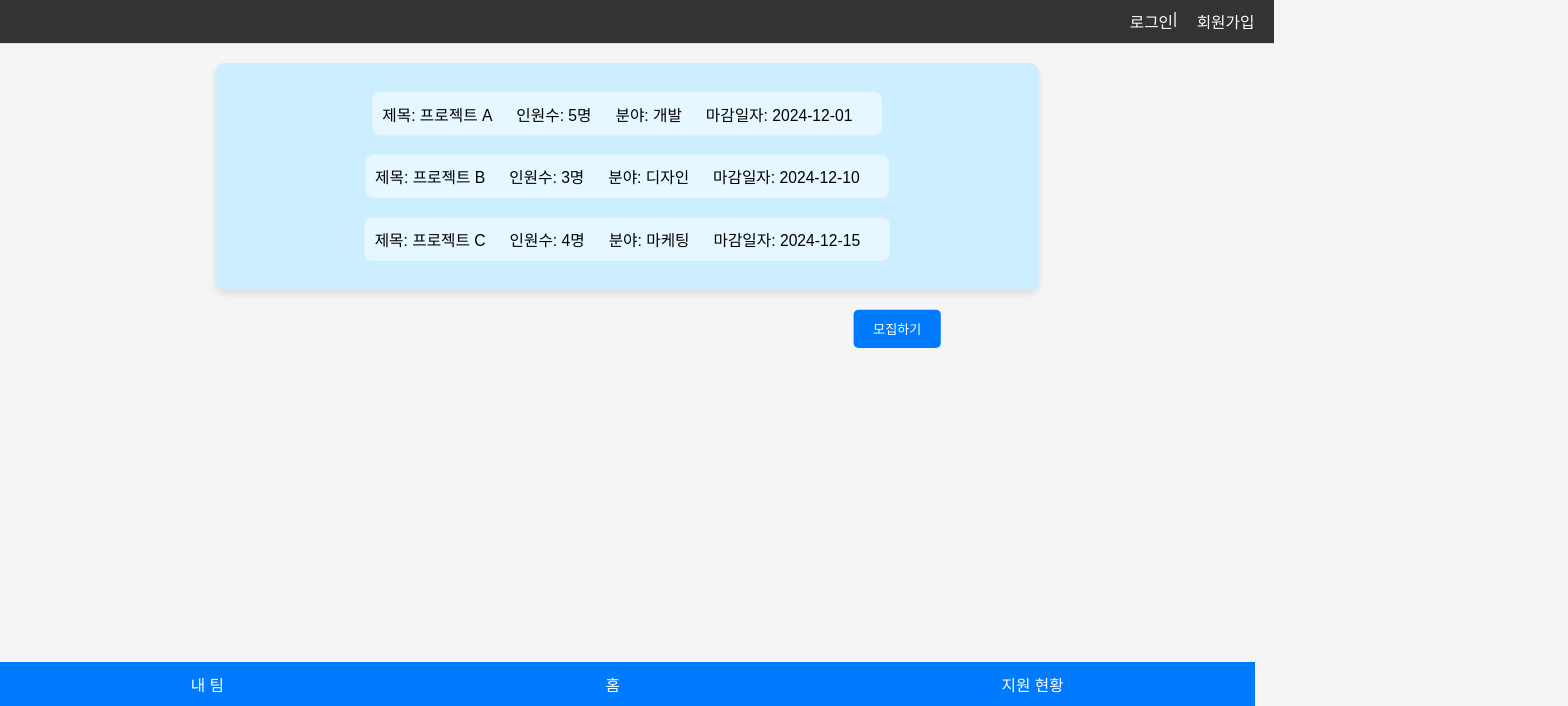
Repository: TUK-WEBSERIVCE/tuk-team-gem
Page: tuk-team-gem/src/main/webapp/main/mainPage.html
An editor plug-in stored every save of this project. The page is shown before and after the next save, followed by the edit.
The browser window is 1280 px wide. The page is 1600 px wide, so the pictures cover 1600 px, including what lies to the right of the window. The pictures show the whole page, at 98% of full size.

Above is the page before, as saved 2024-11-13 12:17:38.

After the next save:
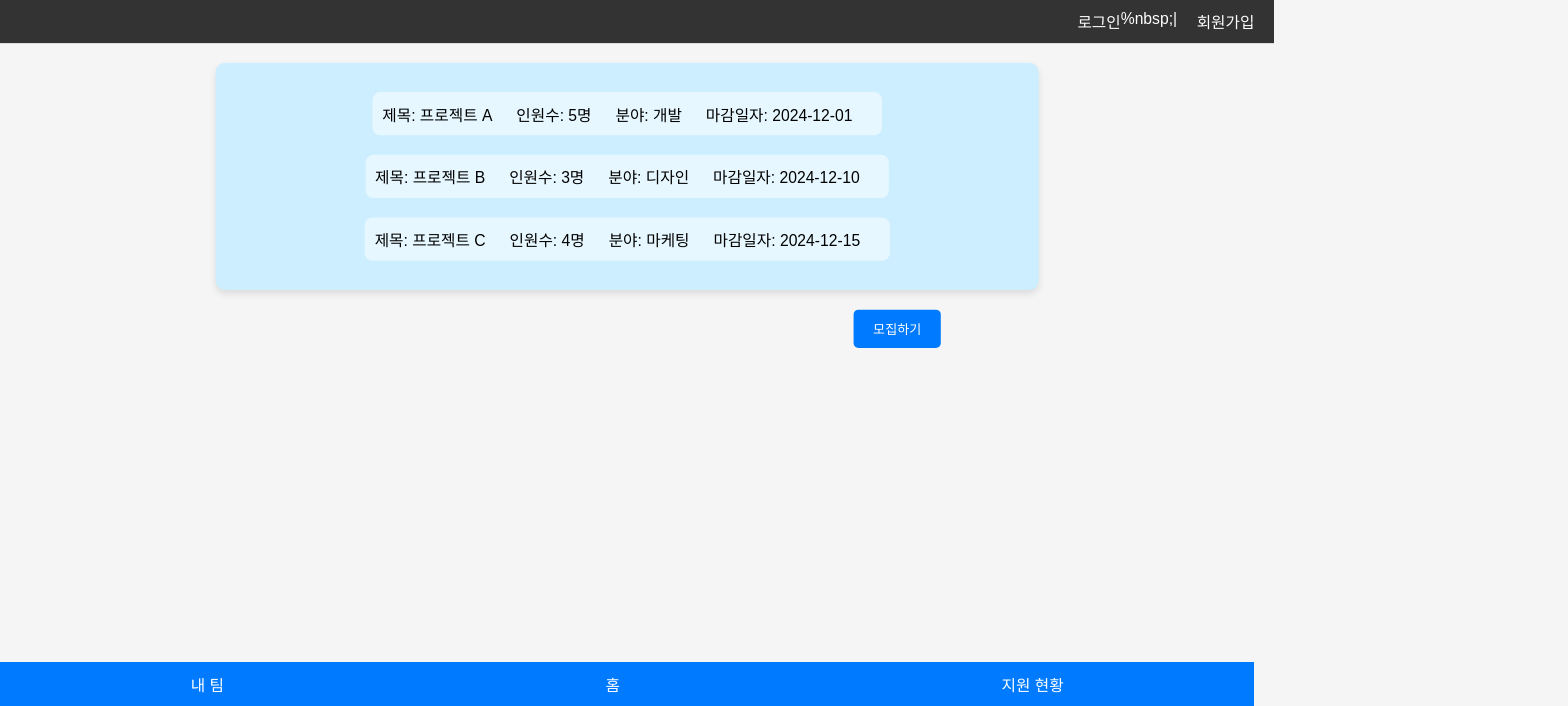
Saved 13 s later.
--- a/tuk-team-gem/src/main/webapp/main/mainPage.html
+++ b/tuk-team-gem/src/main/webapp/main/mainPage.html
@@ -95,7 +95,7 @@
     <!-- 우상단 로그인 및 회원가입 -->
     <header>
         <a href="#">로그인</a>
-        |
+        %nbsp;|
         <a href="#">회원가입</a>
     </header>
 
